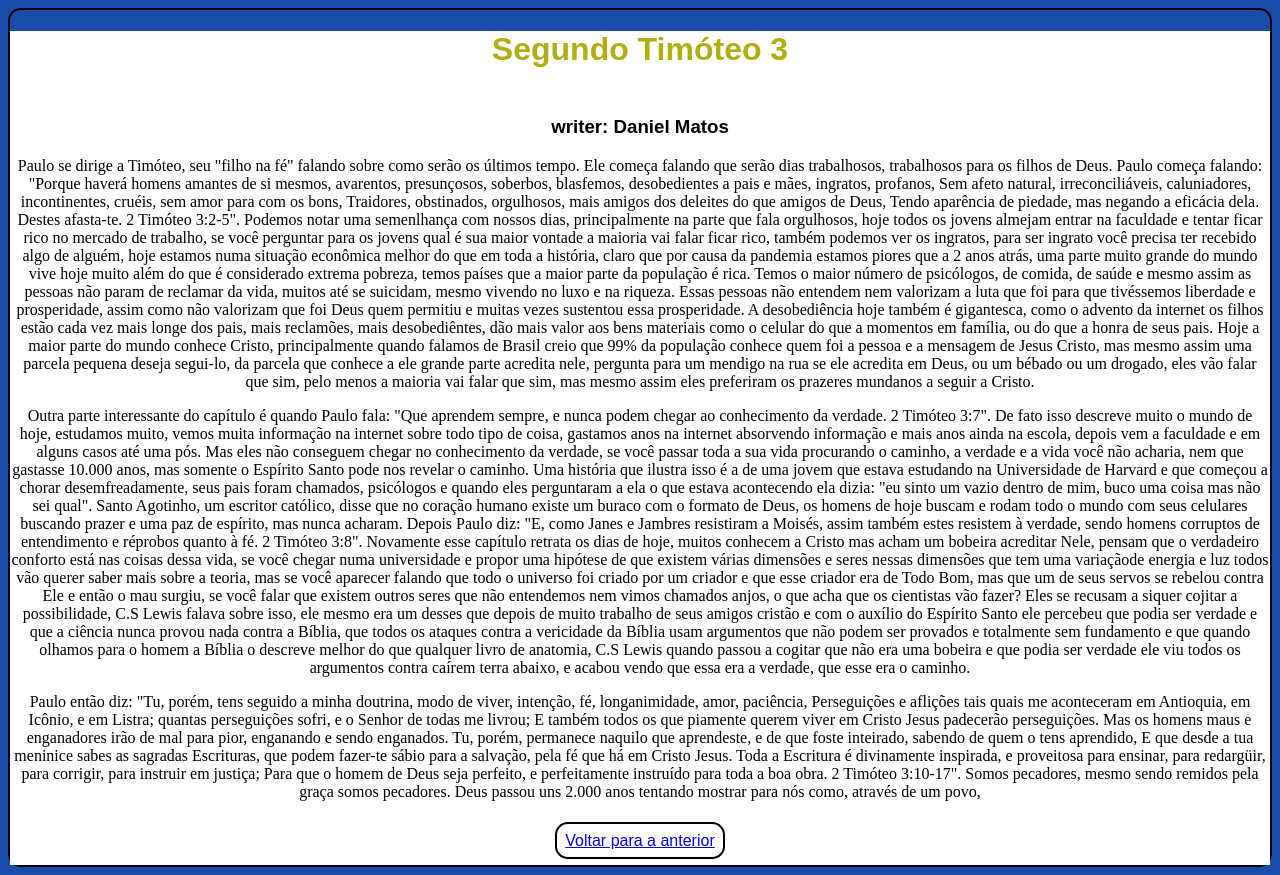
Repository: batmit/FutureFundation.github.io-1
Page: menu/articles/cristianism/importantchapters/2timóteo3.html
These files come from the project's save history. The page is drawn as it stood at one moment and after the next save; the edit follows.
The browser window is 1280 px wide. The pictures show the whole page.

Above is the page before, as saved 2021-07-12 15:53:31.

After the next save:
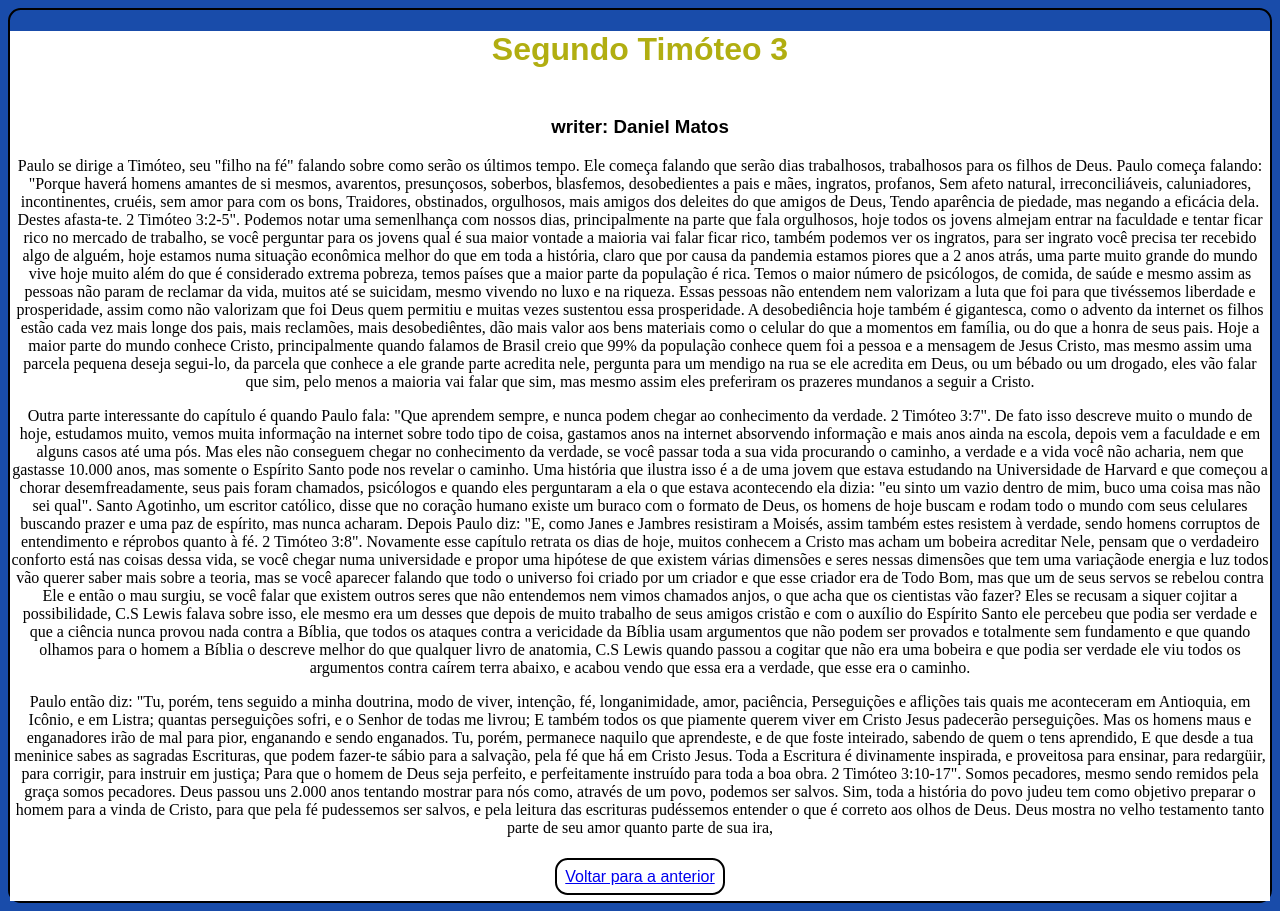
Saved 84 s later.
--- a/menu/articles/cristianism/importantchapters/2timóteo3.html
+++ b/menu/articles/cristianism/importantchapters/2timóteo3.html
@@ -30,7 +30,7 @@
             Tu, porém, permanece naquilo que aprendeste, e de que foste inteirado, sabendo de quem o tens aprendido,
             E que desde a tua meninice sabes as sagradas Escrituras, que podem fazer-te sábio para a salvação, pela fé que há em Cristo Jesus.
             Toda a Escritura é divinamente inspirada, e proveitosa para ensinar, para redargüir, para corrigir, para instruir em justiça;
-            Para que o homem de Deus seja perfeito, e perfeitamente instruído para toda a boa obra. 2 Timóteo 3:10-17". Somos pecadores, mesmo sendo remidos pela graça somos pecadores. Deus passou uns 2.000 anos tentando mostrar para nós como, através de um povo, </p>
+            Para que o homem de Deus seja perfeito, e perfeitamente instruído para toda a boa obra. 2 Timóteo 3:10-17". Somos pecadores, mesmo sendo remidos pela graça somos pecadores. Deus passou uns 2.000 anos tentando mostrar para nós como, através de um povo, podemos ser salvos. Sim, toda a história do povo judeu tem como objetivo preparar o homem para a vinda de Cristo, para que pela fé pudessemos ser salvos, e pela leitura das escrituras pudéssemos entender o que é correto aos olhos de Deus. Deus mostra no velho testamento tanto parte de seu amor quanto parte de sua ira, </p>
 
         <a href="/menu/articles/cristianism/chaptersimportant.html">Voltar para a anterior</a>
     </div>
